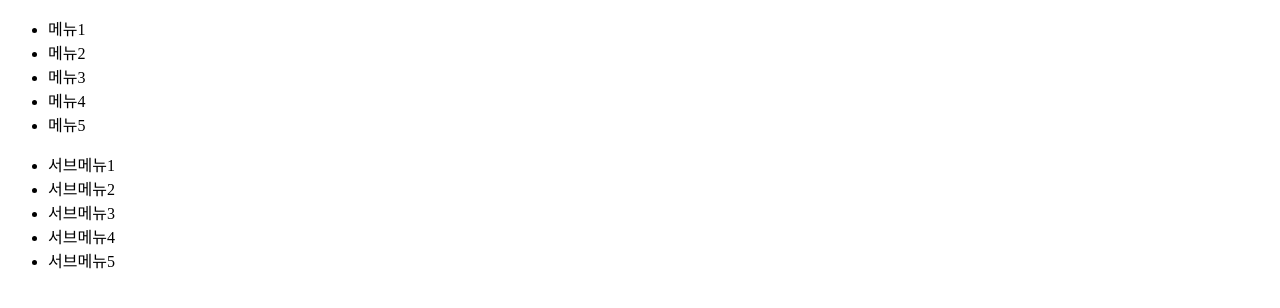
Repository: Ahn-jeong/javabasic
Page: 1.BasicJava/workspace/basic/WebContent/1024/기본슬라이드.html
These files come from the project's save history. The page is drawn as it stood at one moment and after the next save; the edit follows.
The browser window is 1280 px wide. The pictures show the whole page.

Above is the page before, as saved 2019-10-24 04:41:39.

After the next save:
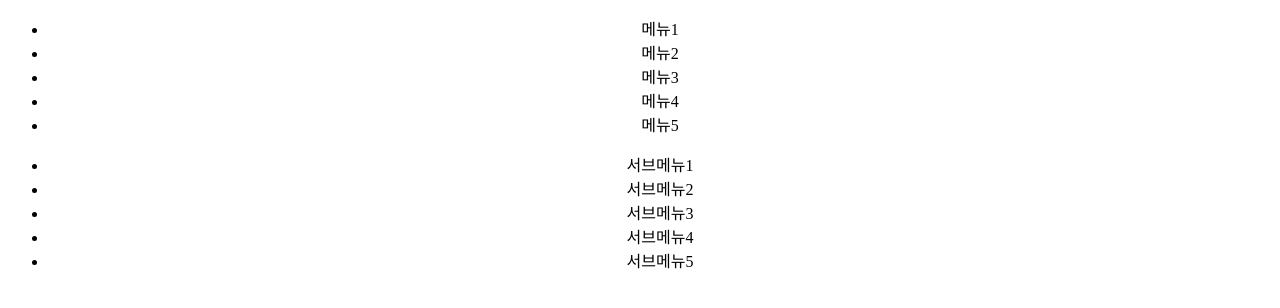
Saved 49 s later.
--- a/1.BasicJava/workspace/basic/WebContent/1024/기본슬라이드.html
+++ b/1.BasicJava/workspace/basic/WebContent/1024/기본슬라이드.html
@@ -4,6 +4,12 @@
 		<meta charset="UTF-8">
 		<title>Insert title here</title>
 	</head>
+	<style>
+		#panel, #flip{
+			text-align: center;
+
+		}
+	</style>
 	<body>
 		<div id = "flip">
 			<ul>
